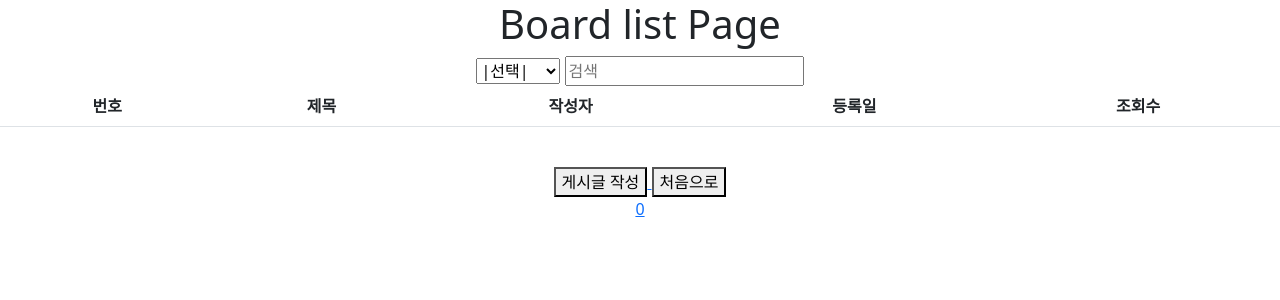
Repository: bbqju13/20230613spring
Page: http://localhost/spring/WEB-INF/views/board/list.jsp
These files come from the project's save history. The page is drawn as it stood at one moment and after the next save; the edit follows.
The browser window is 1280 px wide. The pictures show the whole page.
The page is served by Tomcat 9. Nobody is signed in. Other server files are loaded and not shown. The template is opened directly, without the code that normally fills it, so the values that code supplies are empty.

Above is the page before, as saved 2023-06-08 05:31:26.

### _spring_project1/spring/src/main/webapp/WEB-INF/views/board/list.jsp
<%@ page language="java" contentType="text/html; charset=UTF-8"
    pageEncoding="UTF-8"%>
<%@ taglib uri="http://java.sun.com/jsp/jstl/core" prefix="c"%>
<!DOCTYPE html>
<html>
<head>
<meta charset="UTF-8">
<link
	href="https://cdn.jsdelivr.net/npm/bootstrap@5.2.3/dist/css/bootstrap.min.css"
	rel="stylesheet"
	integrity="sha384-rbsA2VBKQhggwzxH7pPCaAqO46MgnOM80zW1RWuH61DGLwZJEdK2Kadq2F9CUG65"
	crossorigin="anonymous">
<script
	src="https://cdn.jsdelivr.net/npm/bootstrap@5.2.3/dist/js/bootstrap.bundle.min.js"
	integrity="sha384-kenU1KFdBIe4zVF0s0G1M5b4hcpxyD9F7jL+jjXkk+Q2h455rYXK/7HAuoJl+0I4"
	crossorigin="anonymous"></script>
<title>Board list Page</title>
<style type="text/css">
body {
	text-align: center;
}
</style>
</head>
<body>
<h1>Board list Page</h1>
<!-- 검색 -->
<form action="/board/list" method="post">
	<div>
		<c:set value="${ph.pgvo.type }" var="typed"></c:set>
		<select name="type">
			<option>|선택|</option>
			<option value="t">|제목|</option>
			<option value="c">|내용|</option>
			<option value="w">|작성자|</option>
		</select>
		<input type="text" name="keyword" placeholder="검색">
	</div>
</form>

<table class="table table-striped">
	<thead>
		<tr>
			<th>번호</th>
			<th>제목</th>
			<th>작성자</th>
			<th>등록일</th>
			<th>조회수</th>
		</tr>
	</thead>
	<tbody>
		<c:forEach items="${list }" var="board">
			<tr>
				<td>${board.bno }</td>
				<td> <a href="/board/detail?bno=${board.bno }"> ${board.title }</a></td>
				<td>${board.writer }</td>
				<td>${board.reg_date }</td>
				<td>${board.read_count }</td>
			</tr>
		</c:forEach>
	</tbody>
</table>
<br>
<a href="/board/register"> <button>게시글 작성</button> </a>
<a href="/"> <button type="button">처음으로</button> </a>
<!-- Paging Line -->
<div>
	<c:if test="${ph.prev }">
		<a href="/board/list?pageNo=${ph.startPage - 1 }&qty=${ph.pgvo.qty}">◀ | </a>
	</c:if>

	<c:forEach begin="${ph.startPage }" end="${ph.endPage }" var="i">
			<a href="/board/list?pageNo=${i }&qty=${ph.pgvo.qty}"> ${i } </a>
	</c:forEach>


	<c:if test="${ph.next }">
		<a href="/board/list?pageNo=${ph.endPage + 1 }&qty=${ph.pgvo.qty}"> | ▶</a>
	</c:if>
</div>
</body>
</html>

After the next save:
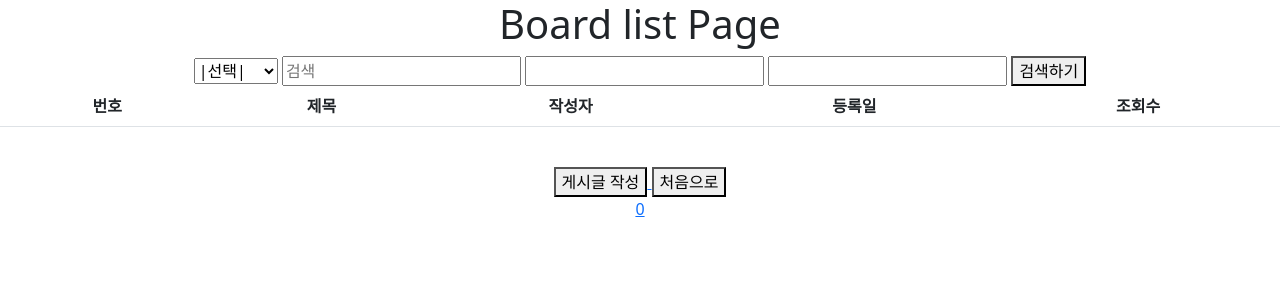
Saved 20 s later.
--- a/_spring_project1/spring/src/main/webapp/WEB-INF/views/board/list.jsp
+++ b/_spring_project1/spring/src/main/webapp/WEB-INF/views/board/list.jsp
@@ -34,6 +34,9 @@ body {
 			<option value="w">|작성자|</option>
 		</select>
 		<input type="text" name="keyword" placeholder="검색">
+		<input>
+		<input>
+		<button type="submit">검색하기</button>
 	</div>
 </form>
 
